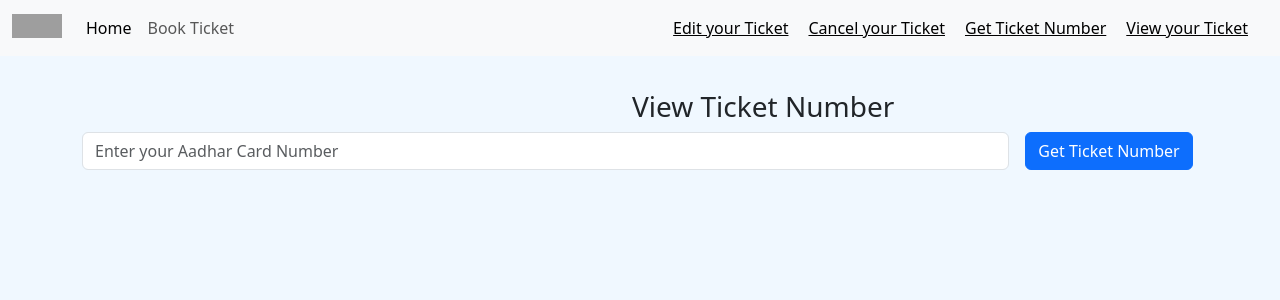
Repository: MayankSardana/Book-My-Ticket
Page: http://localhost/Number
The author's editor kept a copy of each file at every save. The page is drawn from the files as they stood at one save, then again after the next save.
The browser window is 1280 px wide. The pictures show the whole page.
Pictures or frames that could not be fetched are drawn as grey boxes. The page is this project's Thymeleaf template; nobody is signed in. The template is opened directly, without the code that normally fills it, so the values that code supplies are empty.

Above is the page before, as saved 2024-07-02 09:25:58.

After the next save:
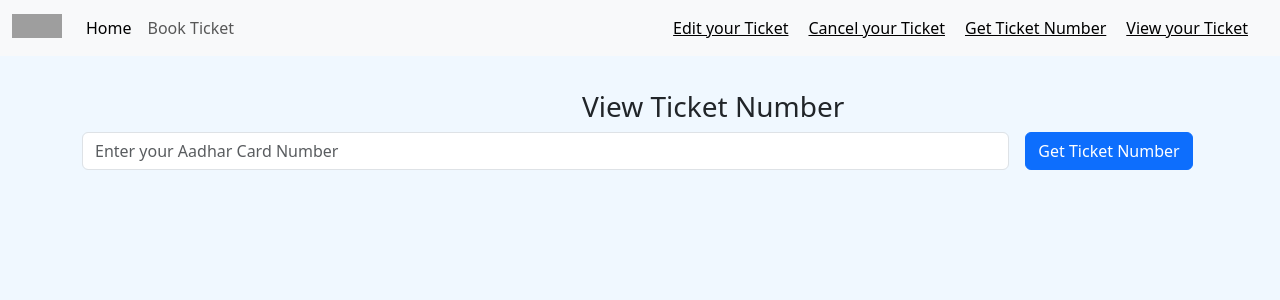
Saved 11 s later.
--- a/BookMyTicket/src/main/resources/templates/Number.html
+++ b/BookMyTicket/src/main/resources/templates/Number.html
@@ -8,7 +8,7 @@
     <style>
         .hh{
               margin-top: 10px;
-              margin-left:550px;
+              margin-left:500px;
         }
 
         .a{
